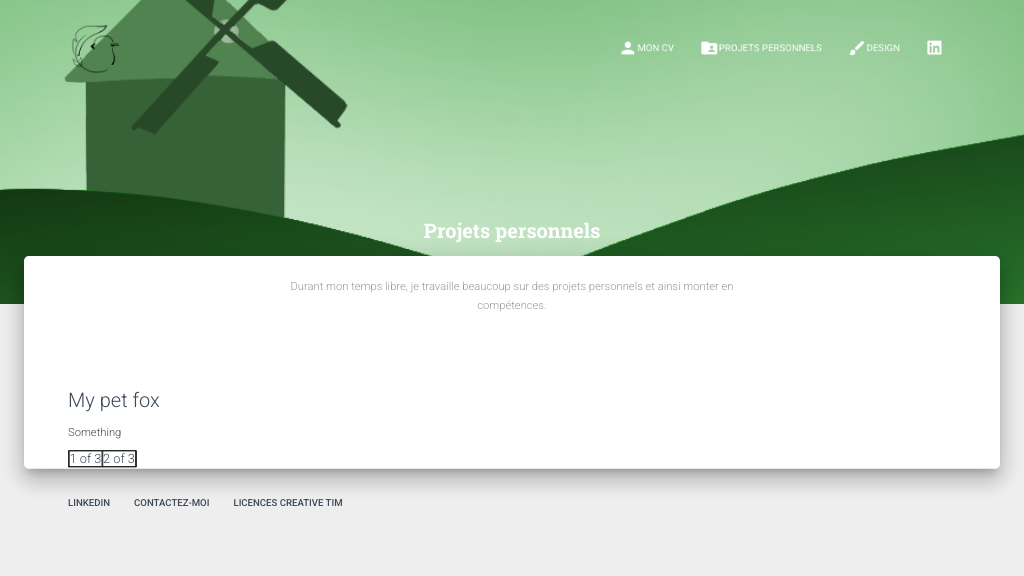
Repository: sdeschaepmeester/NewPortfolio
Page: /#/projects
An editor plug-in stored every save of this project. The page is shown before and after the next save, followed by the edit.
The browser window is 1280 px wide. The pictures show the whole page, at 80% of full size.
Some web libraries are served in a nearby version. The project was rebuilt for these pictures with package versions that can differ from the ones it lists, and the page was loaded fresh each time. Also part of the build but not shown: vue.config.js, src/views/components/APropos.vue, src/views/components/NavigationSection.vue, src/views/components/SmallNavigationSection.vue, src/components/Dropdown.vue, src/components/Pagination.vue, src/components/Slider.vue, src/components/Badge.vue and 15 more.

Above is the page before, as saved 2022-07-11 18:23:33.

After the next save:
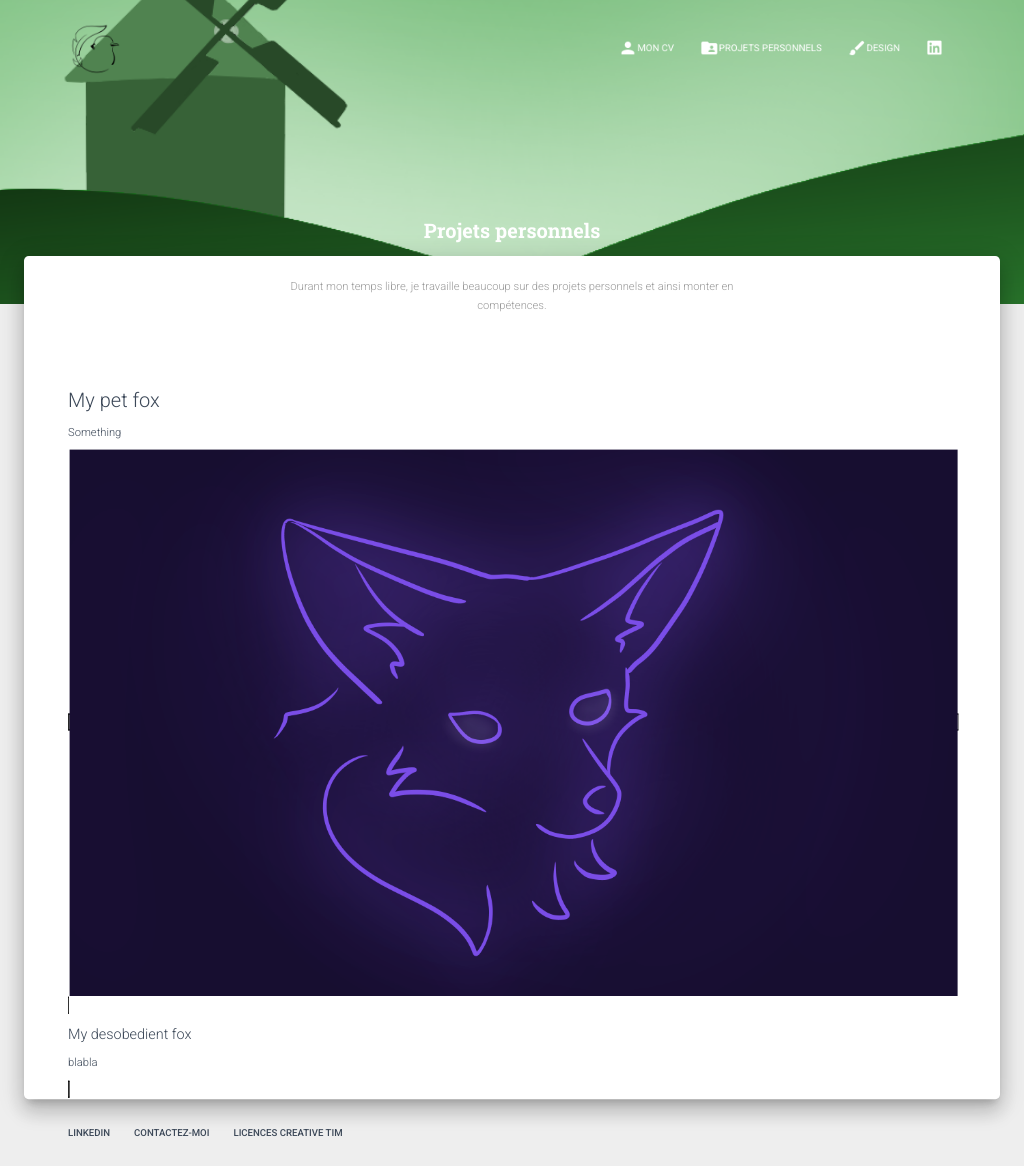
Saved 81 s later.
--- a/src/views/Projects.vue
+++ b/src/views/Projects.vue
@@ -28,8 +28,15 @@
             <p>Something</p>
           <b-container style="border: solid black 1px">
             <b-row >
-              <b-col style="border: solid black 1px">1 of 3</b-col>
-              <b-col style="border: solid black 1px">2 of 3</b-col>
+              <b-col style="border: solid black 1px">
+                <img src="@/assets/img/drawing/neon-fox.png" />
+              </b-col>
+              <b-col style="border: solid black 1px">
+                <h4>My desobedient fox</h4>
+                <p>
+                  blabla
+                </p>
+              </b-col>
             </b-row>
           </b-container>
           </div>
